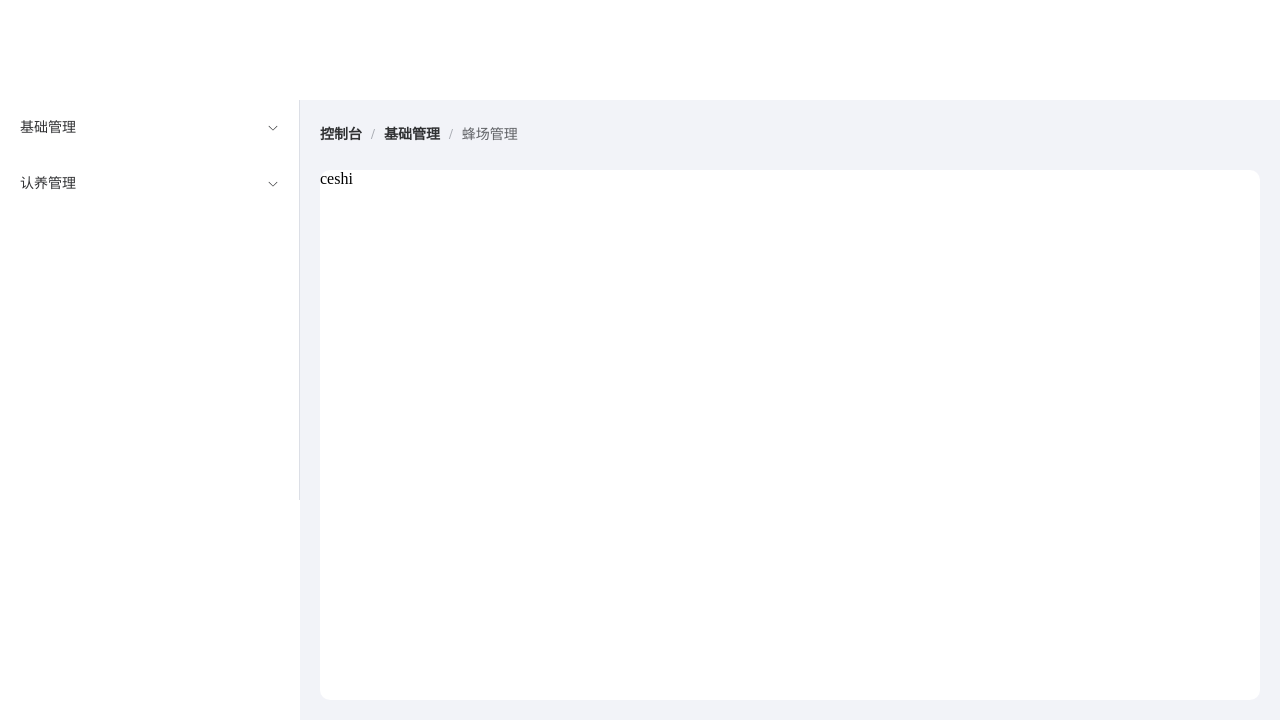
Repository: secret47/test-office-demo
Page: /dashboard/basic/farm
An editor plug-in stored every save of this project. The page is shown before and after the next save, followed by the edit.
The browser window is 1280 px wide. The pictures show the whole page.
The project was rebuilt for these pictures with package versions that can differ from the ones it lists, and the page was loaded fresh each time. Also part of the build but not shown: vite.config.js.

Above is the page before, as saved 2024-10-29 10:14:11.

### src/main.js
import { createApp } from 'vue'
import '@/style/main.scss'
import App from './App.vue'
import router from './router'

import lang from "./local"


import ElementPlus from "element-plus";
import 'element-plus/dist/index.css'
import * as ElementPlusIconsVue from '@element-plus/icons-vue'

const app = createApp(App);

for (const [key, component] of Object.entries(ElementPlusIconsVue)) {
    app.component(key, component)
}

app.use(lang)
app.use(ElementPlus)
app.use(router)
app.mount('#app')

### src/style/main.scss
* {
    padding: 0;
    margin: 0;
}

html,
body {
    width: 100%;
    height: 100%;
    background: #ffffff;
}

#app {
    width: 100%;
    height: 100%;
}

.main-container{
    width:100%;
    height: 100%;
}

### src/App.vue
<template>
  <!-- <div> -->
    <router-view />
  <!-- </div> -->
</template>

### src/router/index.js
import { createRouter, createWebHistory } from 'vue-router'
import layouts from "../layouts/index.vue"

const routes = [
    {
        path: '/',
        name: 'Login',
        component: () => import('@/views/login.vue'),
    },
    // 其他路由...
    {
        path: "/dashboard",
        name: "Dashboard",
        component: layouts,
        meta: {
            title: "控制中心"
        },
        children: [
            {
                path: "basic",
                name: "Basic",
                meta: {
                    title: "基础管理"
                },
                component: () => import("@/views/dashboard/basic/index.vue"),
                children: [
                    {
                        path: "farm",
                        name: "farm",
                        meta: {
                            title: "蜂场管理"
                        },
                        component: () => import("@/views/dashboard/basic/farm/index.vue"),
                    }
                ]

            }
        ]
    }
]

const router = createRouter({
    history: createWebHistory(),
    routes
})

export default router

### src/local/index.js
import { createI18n } from "vue-i18n";

import message from "./language"
const i18n = createI18n({
    locale: "zh",
    fallbackLocale: "zh",
    messages: message
})

export default i18n;

### src/layouts/index.vue
<template>
    <div class="layout">
        <el-container>
            <el-aside width="300px" class="side">
                <div class="logo"></div>
                <MenuComponent />
            </el-aside>
            <el-container class="container">
                <el-header>
                    <el-icon @click="toggleCollapse" class="toggle-icon">
                        <i class="toggle-icon-class"></i>
                    </el-icon>
                </el-header>
                <el-main>
                    <div class="bread">
                        <el-breadcrumb separator="/">
                            <el-breadcrumb-item :to="{ path: '/' }">控制台</el-breadcrumb-item>
                            <el-breadcrumb-item><a href="/">基础管理</a></el-breadcrumb-item>
                            <el-breadcrumb-item>蜂场管理</el-breadcrumb-item>
                        </el-breadcrumb>
                    </div>
                    <div class="main">
                        <router-view></router-view>
                    </div>
                </el-main>
            </el-container>
        </el-container>
    </div>
</template>

<script setup>
import MenuComponent from "./components/menu.vue"
import { ref } from 'vue';
const isCollapse = ref(false);
const toggleCollapse = () => {
    isCollapse.value = !isCollapse.value;
};
</script>

<style lang="scss" scoped>
.layout {
    width: 100%;
    height: 100%;

    .el-container {
        width: 100%;
        height: 100%;
    }

    .side {
        height: 100%;

        .logo {
            width: 100%;
            height: 100px;
        }
    }

    .container {
        width: calc(100% - 300px);
        height: 100%;

        .el-header {
            width: 100%;
            height: 100px;
            background: #ffffff;
        }

        .el-main {
            background: #F2F3F8;
            padding-top: 0;
            .bread {
                width: 100%;
                height: 70px;
                display: flex;
                flex-direction: column;
                justify-content: center;
            }

            .main {
                width: 100%;
                height: calc(100% - 70px);
                background: #ffffff;
                border-radius: 10px;
            }
        }
    }
}
</style>

### src/views/dashboard/basic/index.vue
<script setup lang="ts">
import { RouterView } from 'vue-router';
</script>

<template>
    <RouterView></RouterView>
</template>

### src/views/dashboard/basic/farm/index.vue
<template>
    <div class="main-container">
        ceshi
    </div>
</template>

### src/local/language/index.js
import zh from "./zh"
import en from "./en"

export default {
    ...en,
    ...zh
}

### src/layouts/components/menu.vue
<template>
    <el-menu class="menu">
        <el-sub-menu index="1" :collapse="isCollapse">
            <template #title>基础管理</template>
            <el-menu-item index="1-1">蜂场管理</el-menu-item>
            <el-menu-item index="1-2">蜂箱管理</el-menu-item>
        </el-sub-menu>
        <el-sub-menu index="2">
            <template #title>认养管理</template>
            <el-menu-item index="2-1">认养设置</el-menu-item>
        </el-sub-menu>
    </el-menu>
</template>

<script setup>
import { ref } from 'vue';
const isCollapse = ref(false);
</script>

<style lang="scss" scoped>
.menu:not(.el-menu--collapse) {
    width: 300px;
    min-height: 400px;
}
</style>

### src/local/language/zh.js
export default{
    zh:{
        title:"后台管理系统",
        login:"登录",
        username:"用户名",
        password:"密码",
        remember:"记住密码",
        forget:"忘记密码",
    }
}

### src/local/language/en.js
export default{
    en:{
        title:"system management"
    }
}

Loaded but not shown: index.html (common file)

After the next save:
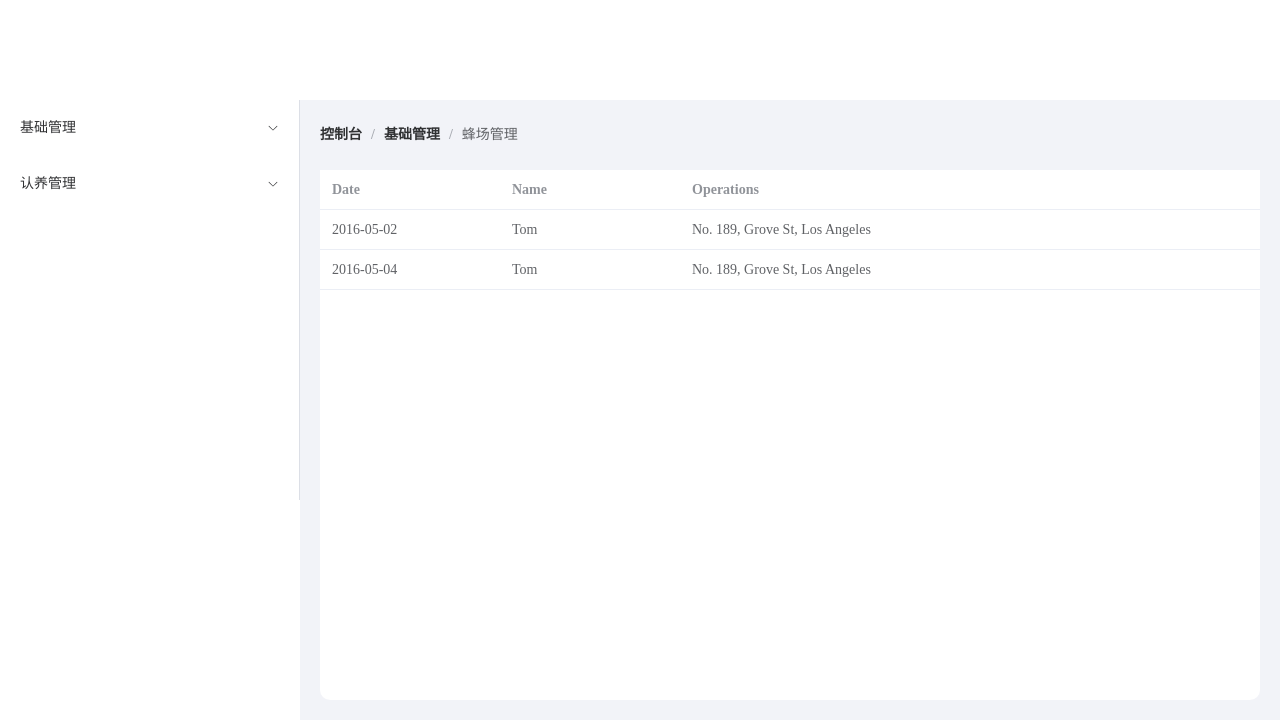
Saved 18 min 49 s later.
--- a/src/views/dashboard/basic/farm/index.vue
+++ b/src/views/dashboard/basic/farm/index.vue
@@ -1,5 +1,26 @@
 <template>
     <div class="main-container">
-        ceshi
+        <el-table :data="farmList" style="width: 100%">
+            <el-table-column prop="date" label="Date" width="180"></el-table-column>
+            <el-table-column prop="name" label="Name" width="180"></el-table-column>
+            <el-table-column prop="address" label="Operations"></el-table-column>
+        </el-table>
     </div>
 </template>
+<script setup>
+import { ref, reactive } from "vue"
+
+const farmList = reactive([
+    {
+        date: '2016-05-02',
+        name: 'Tom',
+        address: 'No. 189, Grove St, Los Angeles'
+    },
+    {
+        date: '2016-05-04',
+        name: 'Tom',
+        address: 'No. 189, Grove St, Los Angeles'
+    }
+])
+
+</script>
